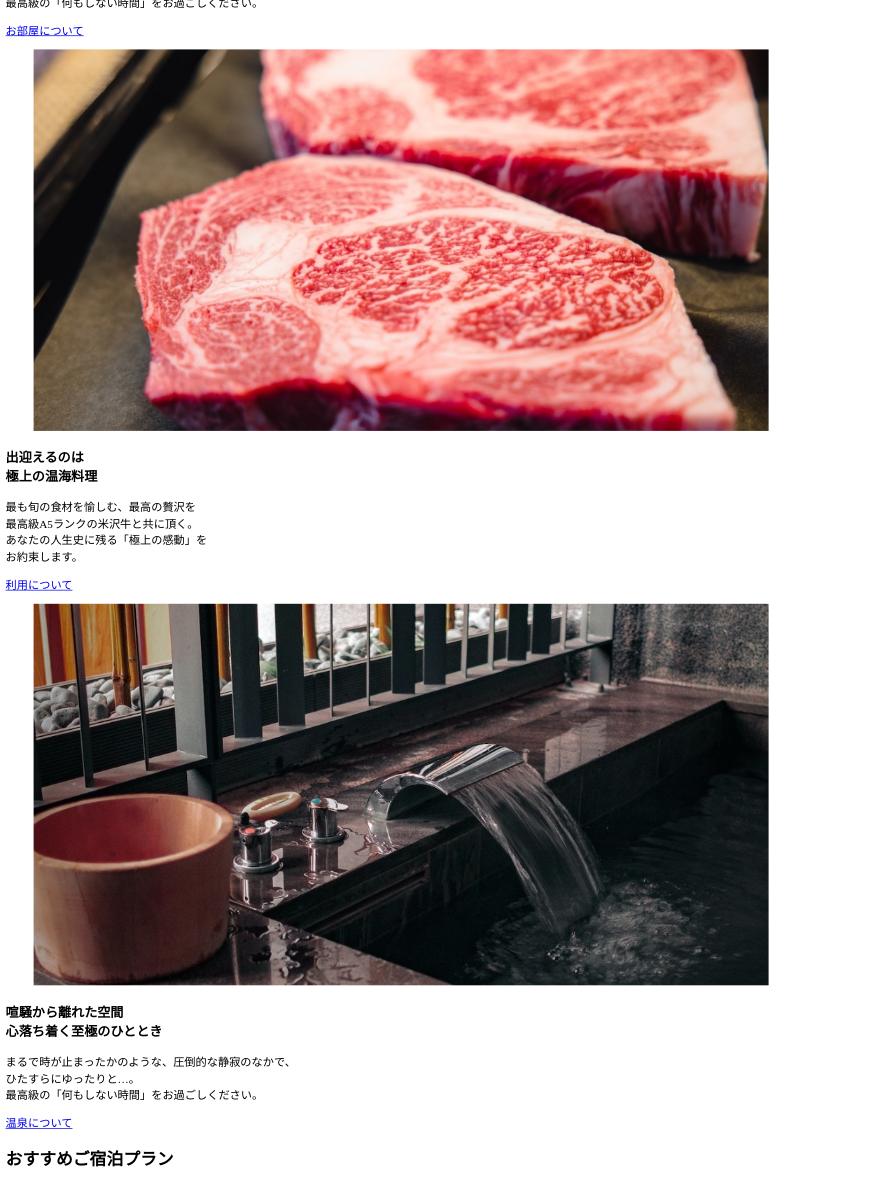
Repository: yuukiyokoyama/compex1
Page: index.html
An editor plug-in stored every save of this project. The page is shown before and after the next save, followed by the edit.
The browser window is 1280 px wide. The pictures show the part of the page from y = 1721 to 3641 px (the page is 3412 px tall before and 3641 px after), at 70% of full size.

Above is the page before, as saved 2021-09-17 00:37:41.

### index.html
<!DOCTYPE html>
<html lang="ja">
  <head>
    <meta charset="UTF-8" />
    <meta http-equiv="X-UA-Compatible" content="IE=edge" />
    <meta name="viewport" content="width=device-width, initial-scale=1.0" />
    <title>Document</title>
  </head>
  <body data-aos-easing="ease" data-aos-duration="400" data-aos-delay="0">
    <div id="fv">
      <div class="fv__img" style="background-image: url(images/mainbg01.jpg)"></div>
      <div class="fv__img" style="background-image: url(images/mainbg02.jpg)"></div>
      <div class="fv__img" style="background-image: url(images/mainbg03.jpg)"></div>

      <header>
        <div class="header__inner">
          <div class="header__inner--left">
            <h1 class="header_site-title">
              <a href="#">石井花壇</a>
            </h1>
            <div class="header__menu">
              <nav>
                <ul class="header__list">
                  <li class="header__list-item">
                    <a href="room.html">お部屋</a>
                  </li>
                  <li class="header__list-item">
                    <a href="cuisine.html">お料理</a>
                  </li>
                  <li class="header__list-item">
                    <a href="hot-spring.html">温泉</a>
                  </li>
                </ul>
              </nav>
            </div>
            <!-- header__menu -->
          </div>
          <!-- header__inner--left -->
          <div class="header__inner--right">
            <button class="header__reservation">宿泊予約</button>
            <button class="burger_btn">
              <span class="bars">
                <span class="bar bar_top"></span>
                <span class="bar baar_mid"></span>
                <span class="bar bar_bottom"></span>
              </span>
            </button>
          </div>
          <!-- header__inner--right -->
          <!-- モーダルエリアここから -->
          <section id="modalArea" class="modalArea">
            <div id="modalBg" class="modalBg"></div>
            <div class="modalWrapper">
              <form class="modalContents">
                <h2 class="modalAria__title">宿泊予約</h2>
                <dl class="form__body">
                  <dt>
                    <label for="name">お名前</label>
                  </dt>
                  <dd class="form_text">
                    <input type="text" name="name" id="name" placeholder="例：石井正悟" />
                  </dd>
                </dl>
                <dl class="form__body">
                  <dt><label for="mail-address"></label> メールアドレス</dt>
                  <dd class="form_text">
                    <input
                      type="text"
                      name="mail-address"
                      id="mail-address"
                      placeholder="例：Example@example.com"
                    />
                  </dd>
                </dl>
                <dl class="form__body">
                  <dt>
                    <label for="desired-plan"
                      >ご希望プラン（空いているプランのみ表示されます）</label
                    >
                  </dt>
                  <dd class="form__text">
                    <select name="desired-plan" id="desired-plan">
                      <option value="hidden">プランを選択してください</option>
                      <option value="limited-time">
                        【期間限定】海辺の四季旬彩、贅沢美味懐石プラン
                      </option>
                      <option value="weekday-plan">平日に優雅に楽しむ、特別宿泊プラン</option>
                      <option value="family-plan">
                        絶景貸切露天と個室会席を満喫できるファミリープラン
                      </option>
                    </select>
                  </dd>
                </dl>
                <dl class="form__body">
                  <dt><label for="date-select">日時選択</label></dt>
                  <dd class="form__text">
                    <input
                      type="text"
                      class="flatpickr flatpickr-input"
                      placeholder="日時を選択してください"
                      readonly="readonly"
                    />
                  </dd>
                </dl>
                <input type="submit" class="form__submit-btn" value="送信する" />
                <div id="closeModal" class="closeModal">×</div>
              </form>
            </div>
          </section>
        </div>
        <!-- header__inner -->
      </header>
      <div class="copy">頑張る人の<br />頑張らない時間</div>
    </div>
    <!-- fv -->
    <main>
      <article>
        <section class="preface">
          <div class="section__wrapper">
            <div
              class="preface__body aos-init aos-animate"
              data-aos="fade-up"
              data-aos-duration="2000"
            >
              <h2 class="preface_title">
                温海温泉の<br />
                美しさに癒されて<br />
              </h2>
              <p class="preface_text">
                東北の奥座敷である温海温泉泉卿<br />
                開湯は約1300年前とされ、役小角が<br />
                発見したと伝えられます
              </p>
              <p class="preface__text">
                石井花壇は江戸より続く由緒ある旅館で<br />
                クラシックな作りの中に大正ロマンあふれる<br />
                内装を残しております
              </p>
              <p class="preface_text">
                圧倒的癒しの空間で<br />
                頑張る現代人に<br />
                頑張らない圧倒的な非日常をご提供します
              </p>
              <p class="preface__name">石井花壇</p>
            </div>
            <!-- preface__body -->
          </div>
        </section>
        <section class="contents">
          <div class="contents__box">
            <figure
              class="contents__img-wrapper aos-init aos-animate"
              data-aos="fade-up"
              data-aos-duration="2000"
            >
              <img src="images/oheya-top.jpg" alt="お部屋" />
            </figure>
            <div
              class="contents__body aos-init aos-animate"
              data-aos="fade-up"
              data-aos-duration="2000"
            >
              <h3 class="contents__title">
                騒音から離れた空間<br />
                心落ち着く至極のひととき
              </h3>
              <p class="contents_text">
                まるで時が止まったかのような、圧倒的な静寂のなかで、<br />
                ひたすらにゆったりと…。<br />
                最高級の「何もしない時間」をお過ごしください。
              </p>
              <a class="coontents__btn" href="room.html">お部屋について</a>
            </div>
            <!-- contents__body -->
          </div>
          <!-- contents__box -->
          <div class="contents__box contents--reverse">
            <figure
              class="contents__img-wrapper--reverse aos-init aos-animate"
              data-aos="fade-up"
              data-duration="2000"
            >
              <img src="images/menu-top.jpg" alt="料理について" />
            </figure>
            <div
              class="contents__body contents__body--reveerse aos-init aos-animate"
              data-aos="fade-up"
              data-aos-duration="2000"
            >
              <h3 class="contents__title">
                出迎えるのは<br />
                極上の温海料理
              </h3>
              <p class="contents__text">
                最も旬の食材を愉しむ、最高の贅沢を<br />
                最高級A5ランクの米沢牛と共に頂く。<br />
                あなたの人生史に残る「極上の感動」を<br />
                お約束します。
              </p>
              <a href="cuisine.html" class="contents__btn">利用について</a>
            </div>
            <!-- contents__body contents__body--reverse -->
          </div>
          <!-- contents__box contents--reverse -->
          <div class="contents__box">
            <figure
              class="contents__img-wrapper aos-init"
              data-aos="fade-up"
              data-aos-duration="2000"
            >
              <img src="onsen-top.jpg" alt="お部屋について" />
            </figure>
            <div
              class="contents__body aos-init aos-animation"
              data-aos="fade-up"
              data-aos-duration="2000"
            >
              <h3 class="content__title">
                喧騒から離れた空間<br />
                心落ち着く至極のひととき
              </h3>
              <p class="content__text">
                まるで時が止まったかのような、圧倒的な静寂のなかで、<br />
                ひたすらにゆったりと…。<br />
                最高級の「何もしない時間」をお過ごしください。
              </p>
              <a href="hot-spring.html" class="contents__btn">温泉について</a>
            </div>
            <!-- contents__body-->
          </div>
          <!-- contents__box -->
        </section>
        <section class="lodging-plan">
          <div class="section__wrapper">
            <h2 class="section__title">おすすめご宿泊プラン</h2>
            <div class="lodging-plan__plans lodging-plan--col3">
              <div class="lodging-plans_item"></div>
              <!-- lodging-plans_item -->
              <div class="lodging-plans_item"></div>
              <!-- lodging-plans_item -->
              <div class="lodging-plans_item"></div>
              <!-- lodging-plans_item -->
            </div>
          </div>
        </section>
        <section class="news"></section>
        <section class="access"></section>
      </article>
    </main>
  </body>
</html>

After the next save:
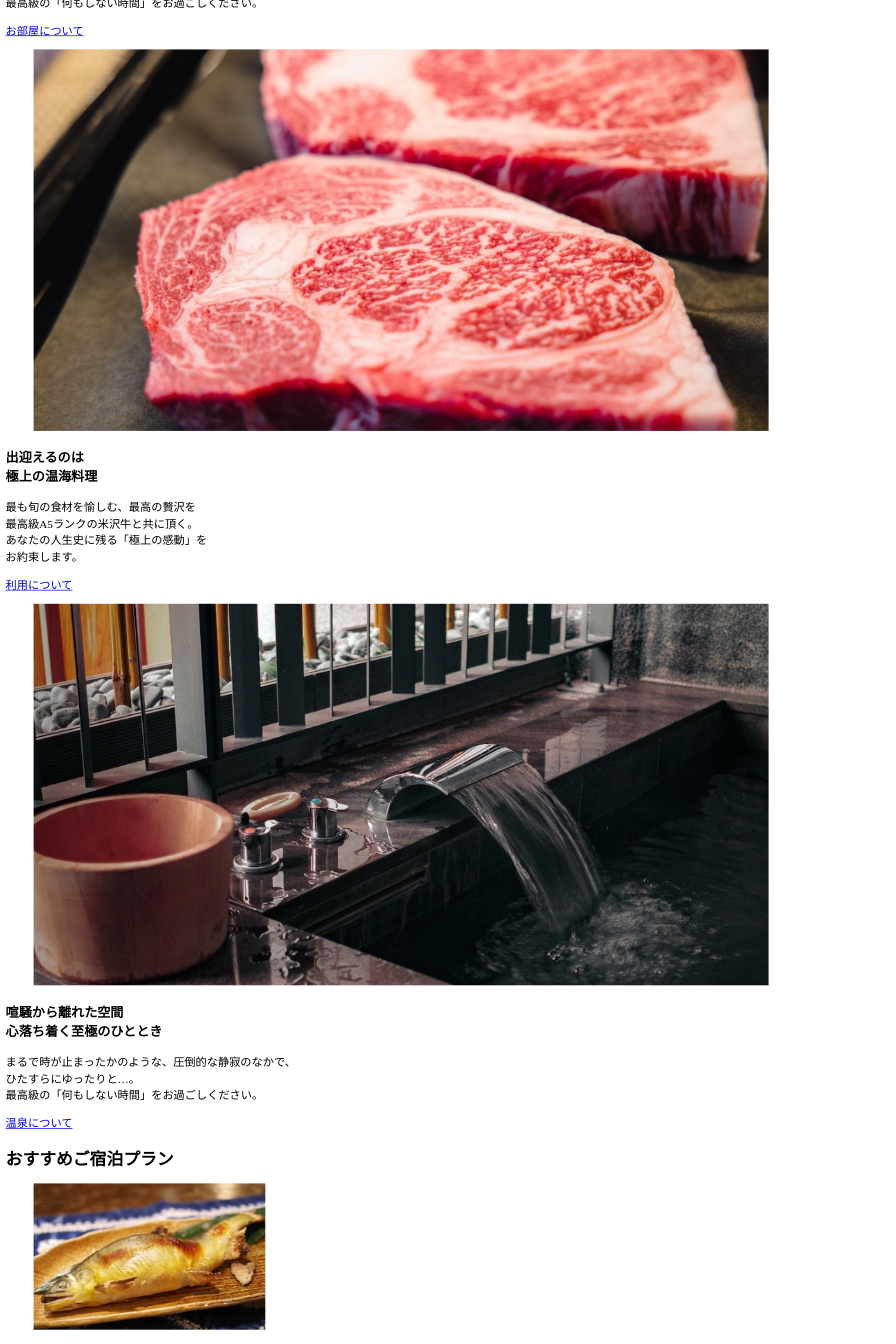
Saved 4 min 3 s later.
--- a/index.html
+++ b/index.html
@@ -234,14 +234,24 @@
           <div class="section__wrapper">
             <h2 class="section__title">おすすめご宿泊プラン</h2>
             <div class="lodging-plan__plans lodging-plan--col3">
-              <div class="lodging-plans_item"></div>
+              <div class="lodging-plans_item">
+                <figure
+                  class="lodging-plan__img-wrapper aos-init aos-animate"
+                  data-aos="fade-up"
+                  data-aos-duration="2000"
+                >
+                  <img src="images/recommended01.jpg" alt="朝食付きプラン" />
+                </figure>
+              </div>
               <!-- lodging-plans_item -->
               <div class="lodging-plans_item"></div>
               <!-- lodging-plans_item -->
               <div class="lodging-plans_item"></div>
               <!-- lodging-plans_item -->
             </div>
-          </div>
+            <!-- lodging-plan__plans lodging-plan--col3 -->
+          </div>
+          <!-- section__wrapper -->
         </section>
         <section class="news"></section>
         <section class="access"></section>
